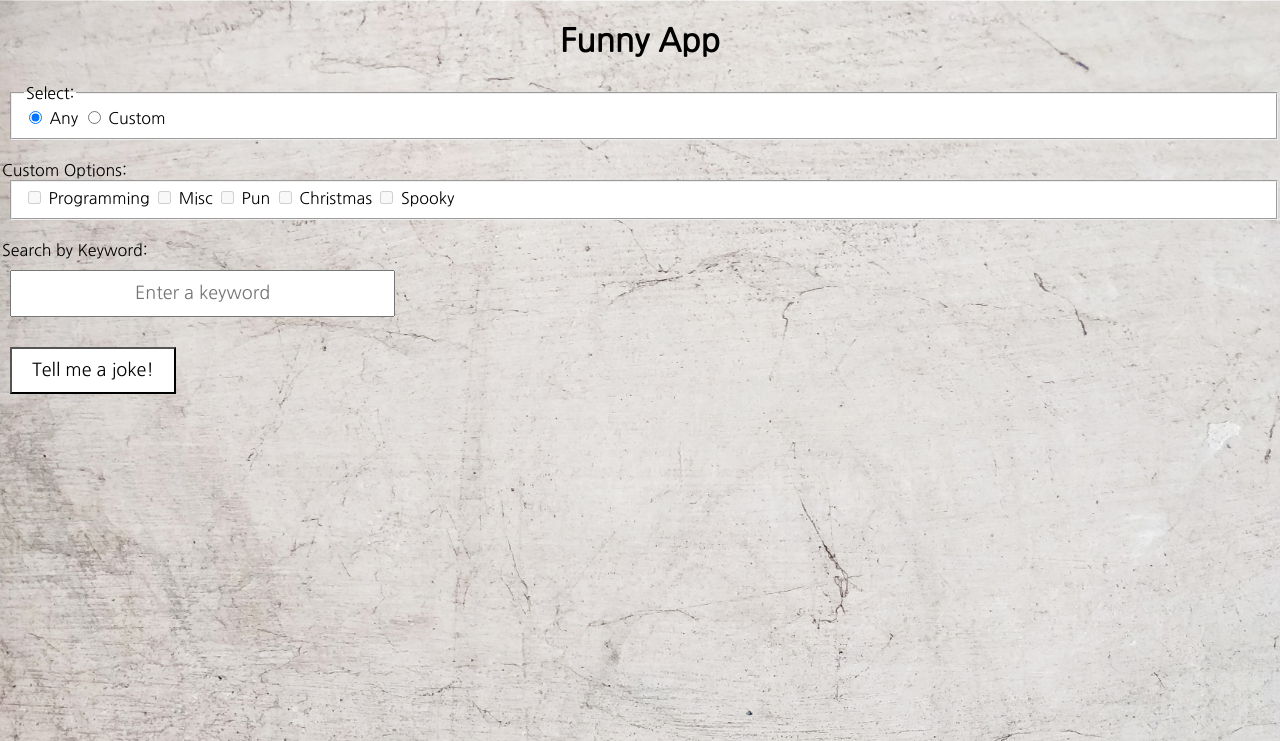
Repository: kaitlynMidori/dadJokeApi
Page: index.html
An editor plug-in stored every save of this project. The page is shown before and after the next save, followed by the edit.
The browser window is 1280 px wide. The pictures show the whole page.
Some web libraries are served in a nearby version.

Above is the page before, as saved 2021-01-08 12:18:11.

### index.html
<!DOCTYPE html>
<html lang="en">
<head>
    <meta charset="UTF-8">
    <meta name="viewport" content="width=device-width, initial-scale=1.0">
    <title>Joke App</title>
    <link href="style.css" rel="stylesheet" type="text/css" />
    <link rel="preconnect" href="https://fonts.gstatic.com">
    <link href="https://fonts.googleapis.com/css2?family=Nanum+Gothic&display=swap" rel="stylesheet">

</head>
<body>
    <div id="container">
        <header>
            <h1>Funny App</h1>
        </header>

        <fieldset id="select">
            <legend>Select:</legend>
                <div id="form-check">
                    <input type="radio"  id="any" name="type" value="Any" checked>
                    <label for="any">Any</label>

                    <input type="radio"  id="custom" name="type" value="Custom">
                    <label for="custom">Custom</label>
                </div>
        </fieldset>

        <br>
        <legend>Custom Options:</legend>
        <fieldset id="options" disabled>

                <div id="form-check form-check-inline">
                    <input type="checkbox" id="coding" name="category" value="Programming">
                    <label for="coding">Programming</label>

                    <input type="checkbox" id="misc" name="category" value="Miscellaneous">
                    <label for="misc">Misc</label>

                    <input type="checkbox" id="pun" name="category" value="Pun">
                    <label for="pun">Pun</label>

                    <input type="checkbox" id="chris" name="category" value="Christmas">
                    <label for="chris">Christmas</label>

                    <!-- <input type="checkbox" id="dark" name="category" value="dark">
                    <label for="dark">Dark</label> -->

                    <input type="checkbox" id="spooky" name="category" value="spooky">
                    <label for="spooky">Spooky</label>
                </div>
        </fieldset>


        <br>

            <form>

                <legend>Search by Keyword:</legend>
                <input type="form-control" placeholder="Enter a keyword" id="keyword">

            </form>

            <br>

            <button type="submit" id="submit button">Tell me a joke!</button>
            <div id="result"></div>
    </div>

    <script src="https://code.jquery.com/jquery-3.2.1.min.js"
          integrity="sha256-hwg4gsxgFZhOsEEamdOYGBf13FyQuiTwlAQgxVSNgt4="
          crossorigin="anonymous"></script>
    <script src="app.js"></script>
</body>
</html>

### style.css
body{
    margin: 0;
    background: cover;
    background-size: cover;
    background-repeat: no-repeat;
    background-image: url("screenshots/white-teal backdrop.jpg");
    /* background-image: linear-gradient(120deg, #a1c4fd 0%, #c2e9fb 100%); */
    min-height: 100vh;
}

* {
    font-family: 'Nanum Gothic', sans-serif;
    color: black;
}

header {
    width: 100%;
    margin-top: 5px;
    justify-content: center;
}

h1 {
    text-align: center;
}

button{
    background-color: white;
    margin-top: 10px;
    margin-left: 10px;
    height: auto;
    font-size: 18px;
    font-weight: 500;
    text-align: center;
    color: black;
    cursor: pointer;
    margin-bottom: 0;
    /* border-radius: 3px; */
    padding: 10px 20px;
}

#keyword {
    margin-top: 10px;
    margin-left: 10px;
    height: auto;
    font-size: 18px;
    font-weight: 500;
    text-align: center;
    color: black;
    cursor: pointer;
    margin-bottom: 0;
    /* border-radius: 3px; */
    padding: 10px 20px;
}

#options{
    background-color: white;
    margin-left: 10px;
}

#select {
    background-color: white;
    margin-left: 10px;
}

### app.js
//declare 'option', 'custom', 'any' element id's
let option = document.getElementById("options");
let custom = document.getElementById("custom");
let any = document.getElementById("any");

//add event listener on click
//if 'any' option checked
//disable options
any.addEventListener("click", (e)=>{
    if(e.target.checked){
        option.disabled = true;
    }
});

//add event listener on click
//if 'custom' option checked
//enable options
custom.addEventListener("click", (e)=>{
    if(e.target.checked){
        option.disabled = false;
    }
});

//declare asyncrynous getJoke
const getJoke = async () => {
    //declare result  = HTML div 'result' element id
    let result = document.getElementById('result');
    //replace result element with empty string
    result.innerHTML = "";
    //declare checkboxes= filter category checkboxes for checked
    let checkboxes = [...document.getElementsByName('category')].filter((checkbox)=>checkbox.checked);
    //declare category as empty string
    let category = "";
    //if 'any' type is checked
    if(any.checked){
        //category = 'any'
        category = "Any";
    }
    //if 'custom' type is checked
    if(custom.checked){
        //category = map to join checked category values
        category = checkboxes.map((c)=>c.value).join();
    }
    //console.log user selected joke category
    console.log(category);
    //declare url = dynamically generate url inserting user selected category
    let url = `https://v2.jokeapi.dev/joke/${category}`;
    // declare keyword = HTML form div 'keyword' element id
    let keyword = document.getElementById("keyword").value;
    //if keyword does not equal empty; dynamically generate url with user keyword input
    if(keyword != ""){
        url = `https://v2.jokeapi.dev/joke/${category}?contains=${keyword}`;
    }
    console.log(url);
    const response = await fetch(url);
    const data = await response.json();
    console.log(data);

    //if JSON data response = API doc response 'single'
    if(data.type == "single"){
        //insert API doc 'joke' into response element
        result.innerHTML = `<h3>${data.joke}</h3>`;
    }
    //if JSON data response = API doc response 'twopart'
    if(data.type == "twopart"){
        //insert API doc 'setup' into response element
        result.innerHTML = `<h3>${data.setup}</h3>`;
        //display 'delivery' after 1 second
        setTimeout(()=>{
            //insert API doc 'delivery' into response element
            result.innerHTML += `<h3>${data.delivery}</h3>`;
        },1000);
    }
}

//declare submit = HTML button 'submit button'
let submit = document.getElementById('submit button');
//upon 'submit', add event listener for 'click and activate 'getJoke'
submit.addEventListener("click", getJoke);

After the next save:
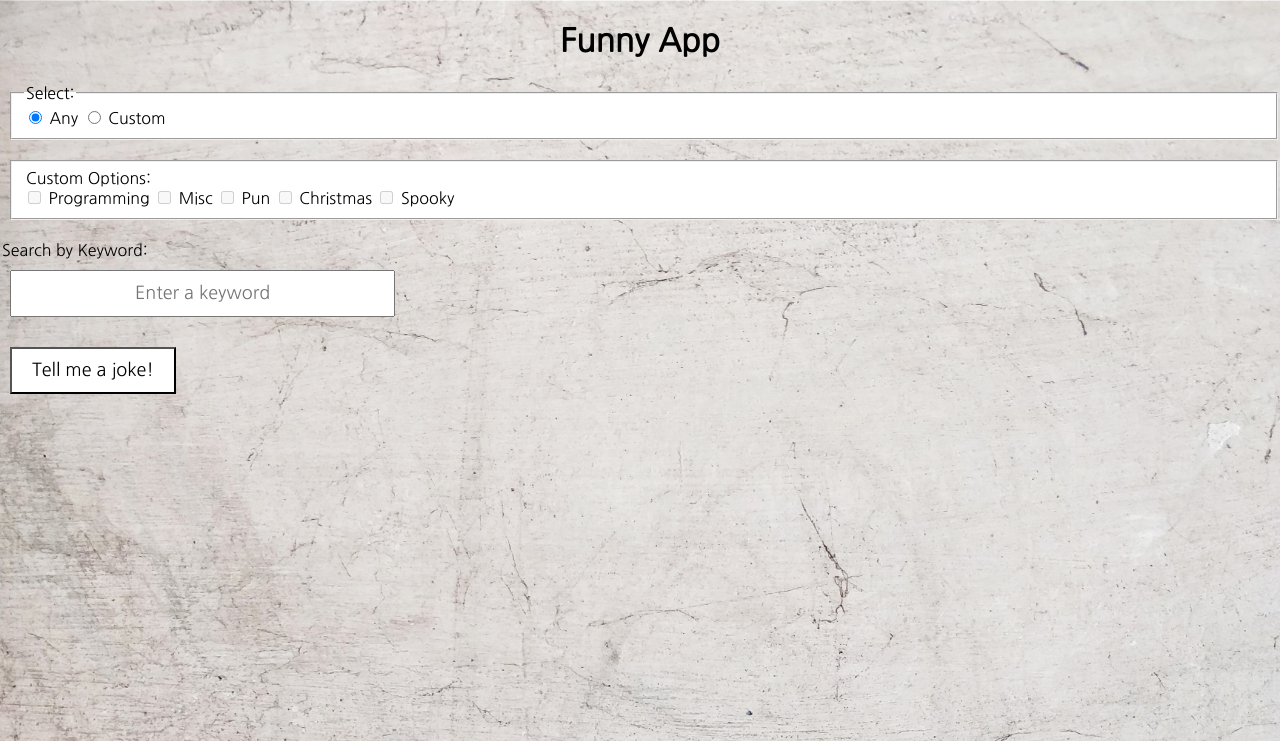
Saved 28 s later.
--- a/index.html
+++ b/index.html
@@ -27,10 +27,11 @@
         </fieldset>
 
         <br>
-        <legend>Custom Options:</legend>
+
         <fieldset id="options" disabled>
 
                 <div id="form-check form-check-inline">
+                    <legend>Custom Options:</legend>
                     <input type="checkbox" id="coding" name="category" value="Programming">
                     <label for="coding">Programming</label>
 

After the save that followed:
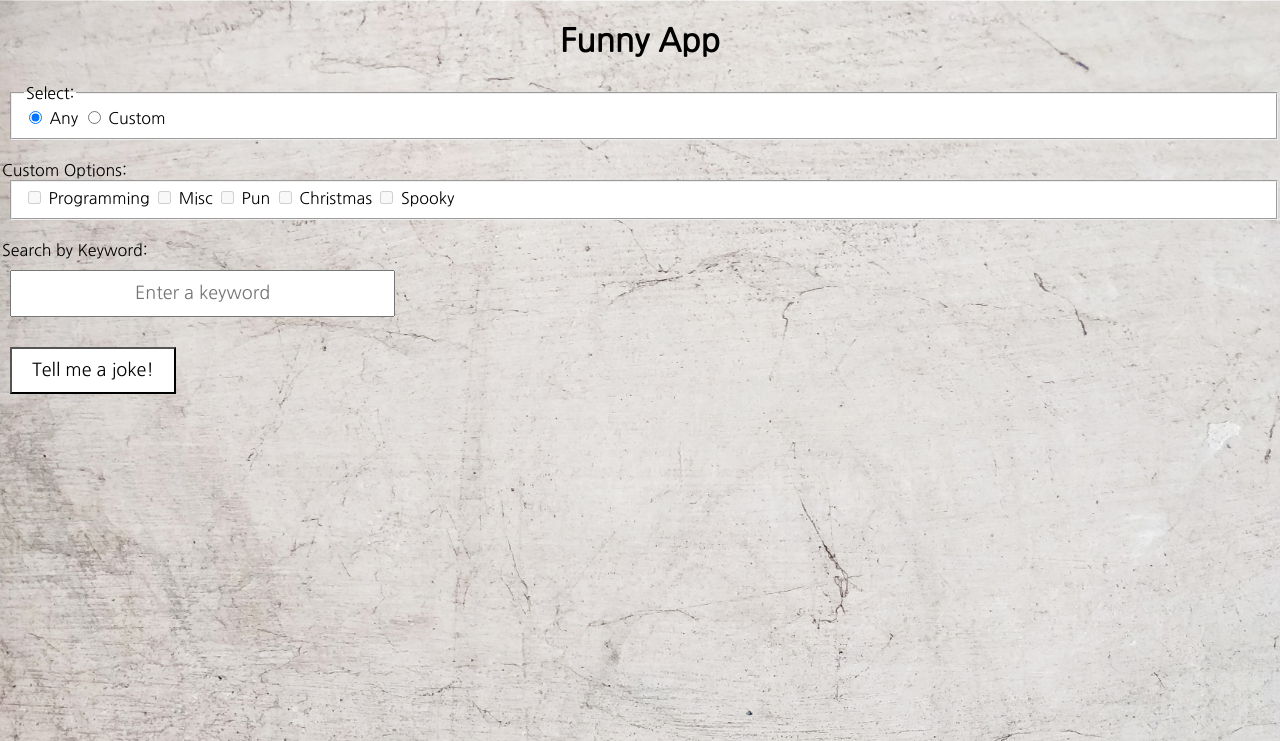
Saved 26 s later.
--- a/index.html
+++ b/index.html
@@ -27,11 +27,10 @@
         </fieldset>
 
         <br>
-
+        <legend>Custom Options:</legend>
         <fieldset id="options" disabled>
 
                 <div id="form-check form-check-inline">
-                    <legend>Custom Options:</legend>
                     <input type="checkbox" id="coding" name="category" value="Programming">
                     <label for="coding">Programming</label>
 
